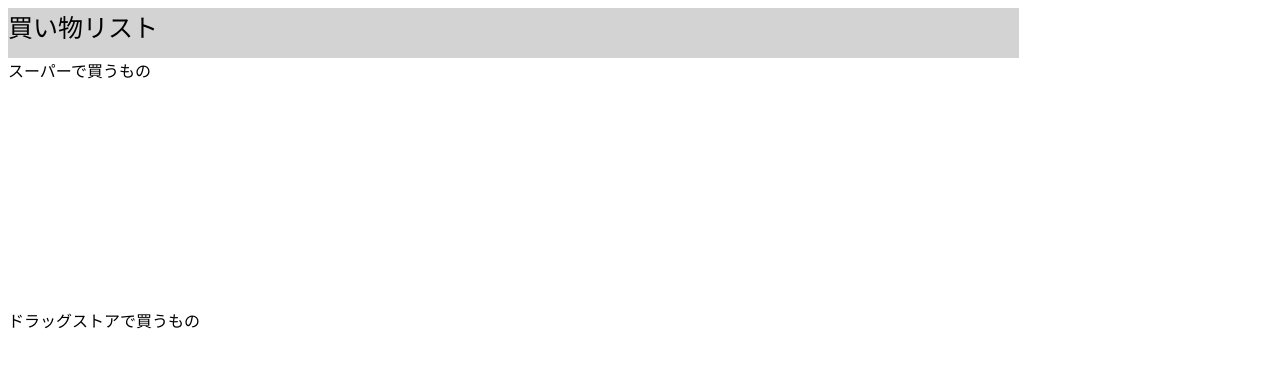
Repository: m-mao/firsa_app
Page: html_css/html_construction/index.html
The author's editor kept a record of every edit. The page is drawn from the files as they stood at one moment, then again after the next edit.
The browser window is 1280 px wide. The pictures show the whole page.

Above is the page before.

After the next edit:
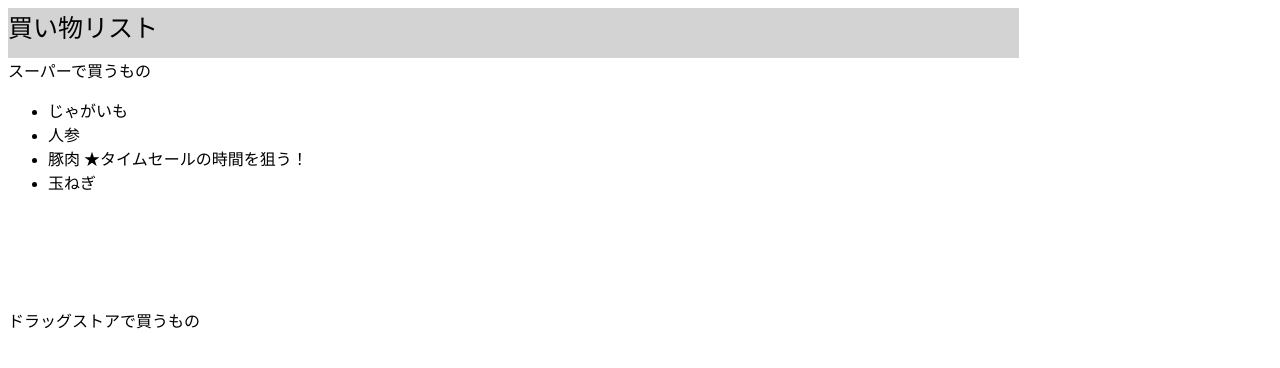
The edit:
--- a/html_css/html_construction/index.html
+++ b/html_css/html_construction/index.html
@@ -12,6 +12,12 @@
       <div class="content">
           <div class="top-content">
               スーパーで買うもの
+        　     <ul class="lists">
+                  <li class="list">じゃがいも</li>
+                  <li class="list">人参</li>
+                  <li class="list">豚肉 ★タイムセールの時間を狙う！</li>
+                  <li class="list">玉ねぎ</li>
+            　</ul>
           </div>
           <div class="bottom-content">
               ドラッグストアで買うもの
